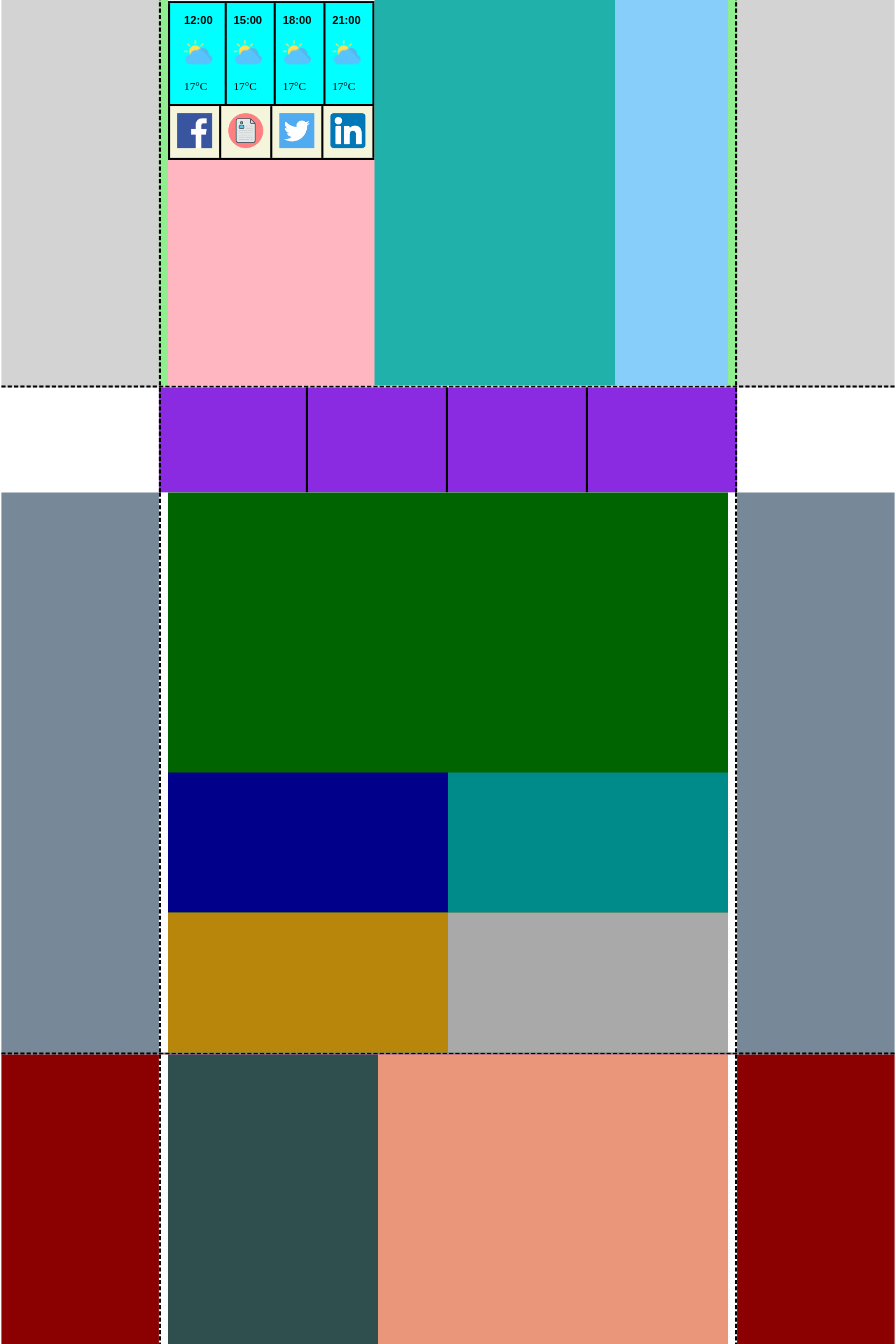
Repository: ghend99/News-Media
Page: index.html
An editor plug-in stored every save of this project. The page is shown before and after a run of saves, followed by the edit.
The browser window is 1280 px wide. The pictures show the part of the page from y = 482 to 2402 px (the page is 4065 px tall before and 3765 px after), at 70% of full size.
Some web fonts or font styles are not loaded; a fallback is used.

Above is the page before, as saved 2023-05-07 17:00:42.

After the next 3 saves:
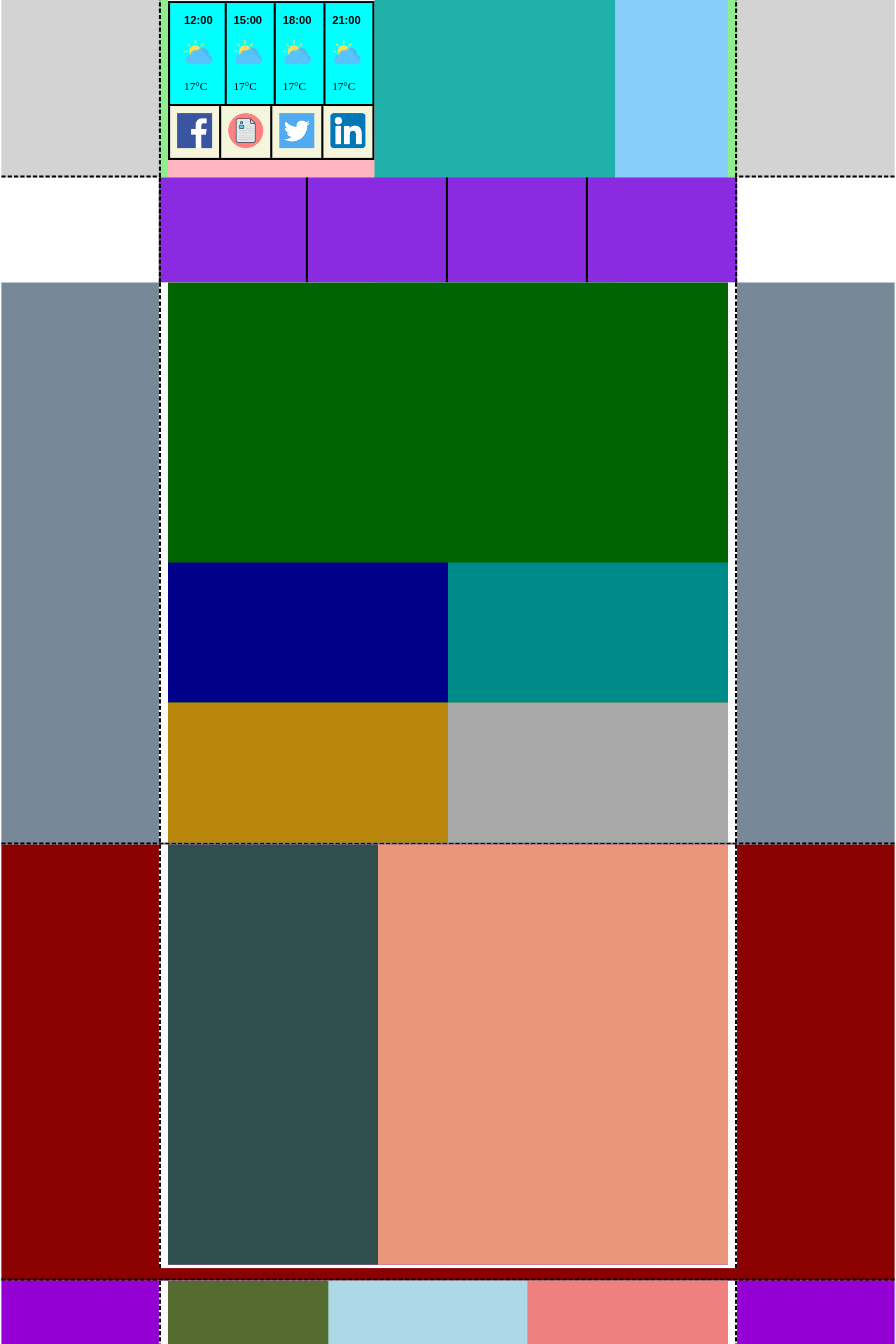
The 3 saves are shown as one change because they came seconds apart.
The last was saved 16 s later.
--- a/style.css
+++ b/style.css
@@ -121,8 +121,8 @@
 #news1-container {
   /* width: 100%;
   min-width: 304px; */
-  max-height: 800px;
-  min-height: 500px;
+  max-height: 500px;
+  min-height: 300px;
   background-color: lightgray;
   border-bottom: dashed;
 }
